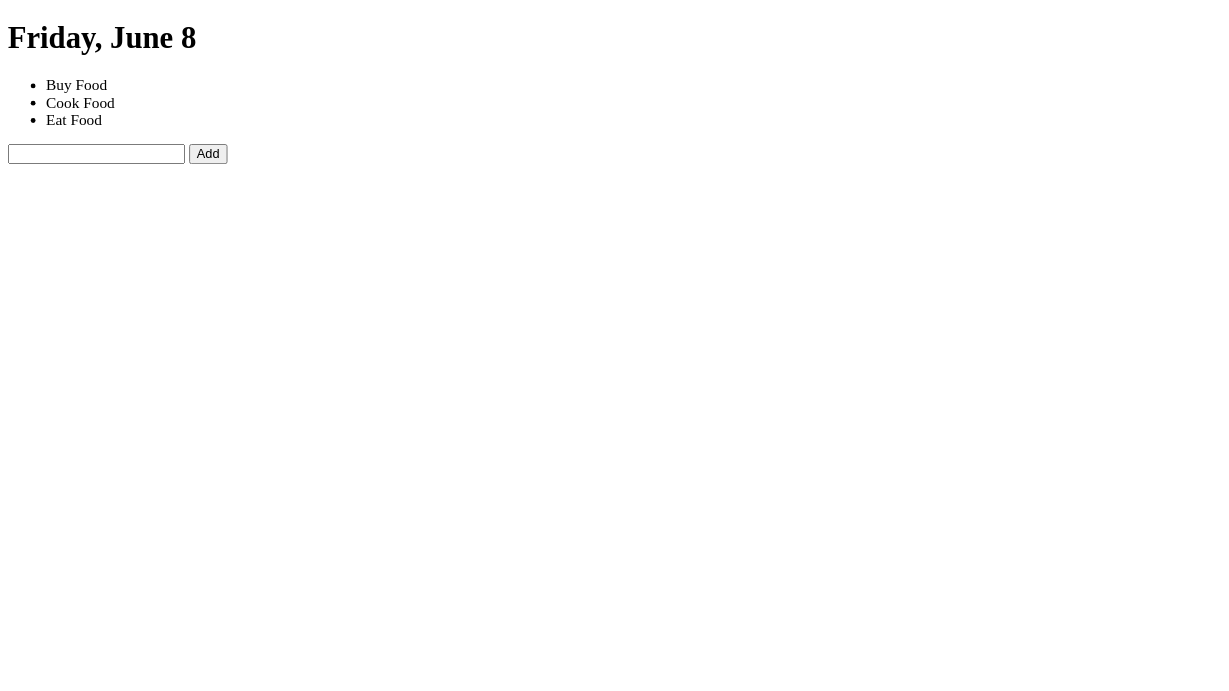
Repository: DESTINYAS/ToDo-List
Page: http://localhost/
These files come from the project's save history. The page is drawn as it stood at one moment and after the next save; the edit follows.
The browser window is 1280 px wide. The pictures show the whole page, at 96% of full size.
The page is served by the project's Node server (app.js).

Above is the page before, as saved 2022-08-24 14:11:03.

After the next save:
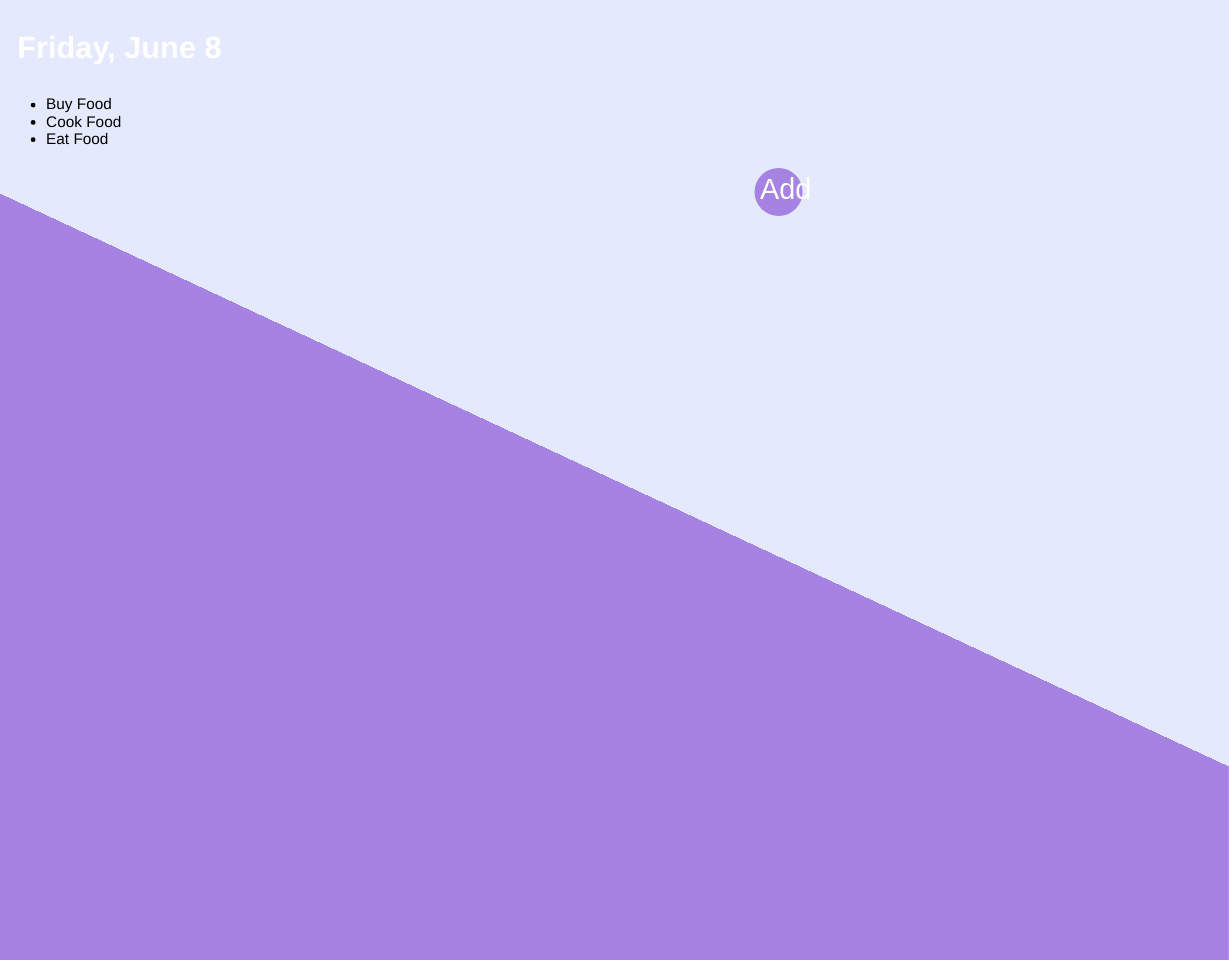
Saved 71 s later.
--- a/views/list.ejs
+++ b/views/list.ejs
@@ -5,6 +5,7 @@
     <meta http-equiv="X-UA-Compatible" content="IE=edge" />
     <meta name="viewport" content="width=device-width, initial-scale=1.0" />
     <title>To do list</title>
+    <link rel="stylesheet" href="css/styles.css">
   </head>
   <body>
     <h1><%= kindOfDay %></h1>
